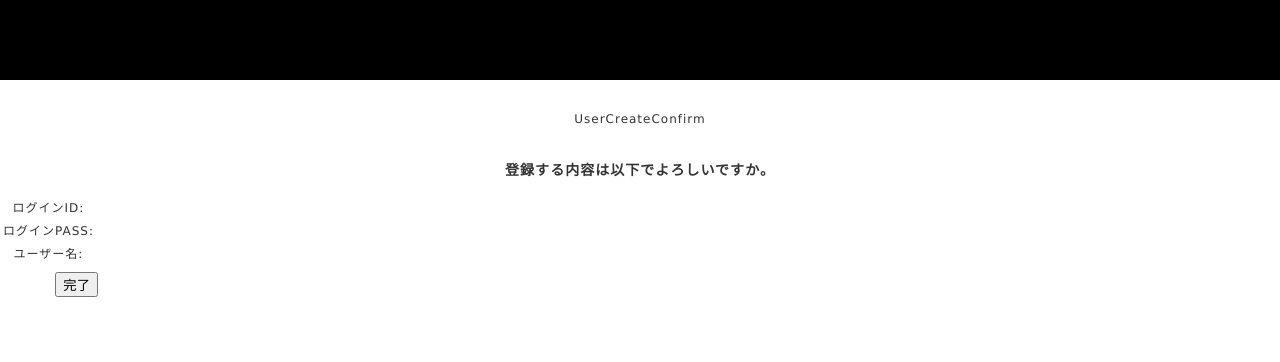
Repository: Wildbird-Yachou/test
Page: http://localhost/ecsite/userCreateConfirm.jsp
An editor plug-in stored every save of this project. The page is shown before and after the next save, followed by the edit.
The browser window is 1280 px wide. The pictures show the whole page.
The page is served by Tomcat 9. Other server files are loaded and not shown.

Above is the page before, as saved 2018-09-26 10:11:05.

### ecsite/WebContent/userCreateConfirm.jsp
<%@ page language="java" contentType="text/html; charset=UTF-8"
    pageEncoding="UTF-8"%>
<%@ taglib prefix="s" uri="/struts-tags" %>
<!DOCTYPE html PUBLIC "-//W3C//DTD HTML 4.01 Transitional//EN" "http://www.w3.org/TR/html4/loose.dtd">
<html>
<head>
<meta http-equiv="Content-Type" content="text/html; charset=UTF-8">
<meta http-equiv="Content-Style-Type" content="text/css" />
<meta http-equiv="Content-Script-Type" content="text/javascript" />
<meta http-equiv="imagetoolbar" content="no" />
<meta name="description" content="" />
<meta name="keywords" content="" />
<title>UserCreateConfirm画面</title>

<style type="text/css">

body{
margin:0;
padding:0;
line-height:1.6;
letter-spacing:1px;
font-family:Verdana,Helvatica,sans-serif;
font-size:12px;
color:#333;
background:#fff;
}

teble{
text-align:center;
margin:0 auto;
}

#top{
width:780px;
margin:30px auto;
border:1px solod #333;
}

#header{
width:100%;
height:80px;
background-color:black;
}

#main{
width:100%;
height:500px;
text-align:center;
}
#footer{
width:100%;
height:80px;
background-color:black;
clear:both;
}


</style>
</head>
<body>
<div id="header">
 <div id="pr">
 </div>
</div>
<div id="main">
 <div id="top">
  <p>UserCreateConfirm</p>
 </div>
 <div>
  <h3>登録する内容は以下でよろしいですか。</h3>
  <table>
   <s:form action="UserCreateConfirmAction">
  <tr id="box">
   <td>
    <label>ログインID:</label>
   </td>
   <td>
    <s:property value="loginUserId" escape="false" />
   </td>
  </tr>
  <tr id="box">
   <td>
    <label>ログインPASS:</label>
   </td>
   <td>
    <s:property value="loginPassword" escape="false" />
   </td>
  </tr>
  <tr id="box">
   <td>
    <label>ユーザー名:</label>
   </td>
   <td>
    <s:property value="userName" escape="false" />
   </td>
  </tr>
  <tr>
   <td>
    <s:submit value="完了" />
   </td>
  </tr>
 </s:form>
</table>
</div>
</div>

</body>
</html>

After the next save:
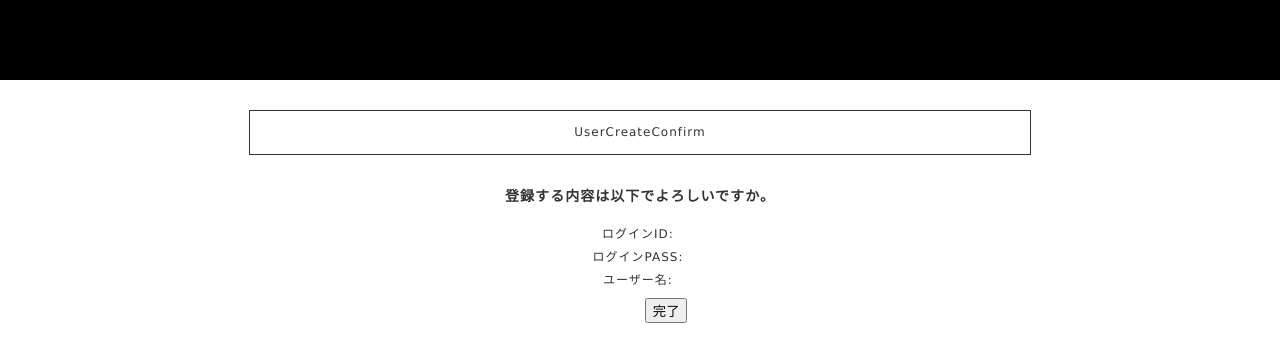
Saved 2 min 0 s later.
--- a/ecsite/WebContent/userCreateConfirm.jsp
+++ b/ecsite/WebContent/userCreateConfirm.jsp
@@ -19,13 +19,13 @@ margin:0;
 padding:0;
 line-height:1.6;
 letter-spacing:1px;
-font-family:Verdana,Helvatica,sans-serif;
+font-family:Verdana,Helvetica,sans-serif;
 font-size:12px;
 color:#333;
 background:#fff;
 }
 
-teble{
+table{
 text-align:center;
 margin:0 auto;
 }
@@ -33,7 +33,7 @@ margin:0 auto;
 #top{
 width:780px;
 margin:30px auto;
-border:1px solod #333;
+border:1px solid #333;
 }
 
 #header{
@@ -69,7 +69,7 @@ clear:both;
  <div>
   <h3>登録する内容は以下でよろしいですか。</h3>
   <table>
-   <s:form action="UserCreateConfirmAction">
+   <s:form action="UserCreateCompleteAction">
   <tr id="box">
    <td>
     <label>ログインID:</label>
